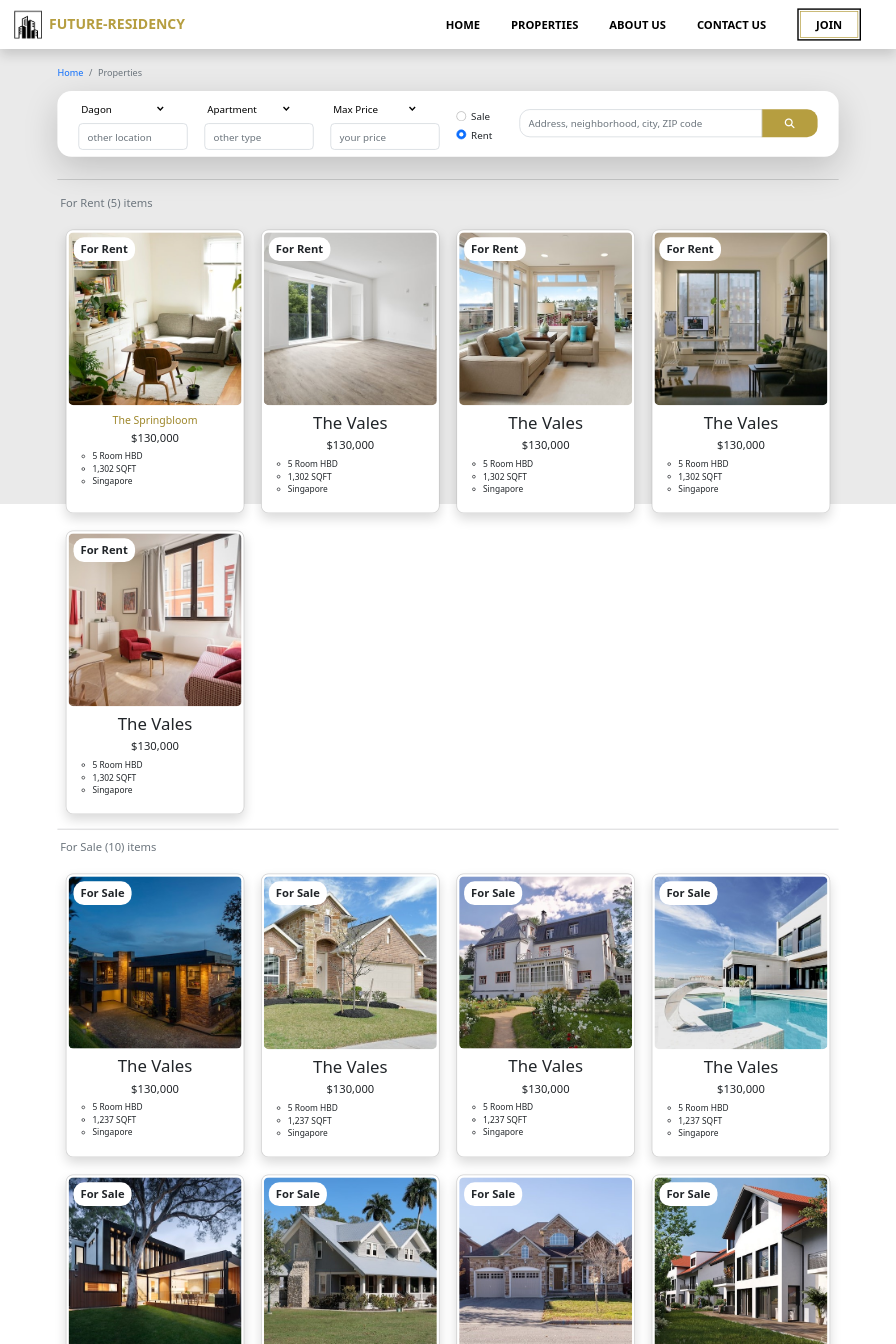
Repository: pyaestk/Future-residency
Page: properties.html
These files come from the project's save history. The page is drawn as it stood at one moment and after the next save; the edit follows.
The browser window is 1280 px wide. The pictures show the part of the page from y = 0 to 1920 px (the page is 3007 px tall), at 70% of full size.

Above is the page before, as saved 2022-12-15 18:01:48.

After the next save:
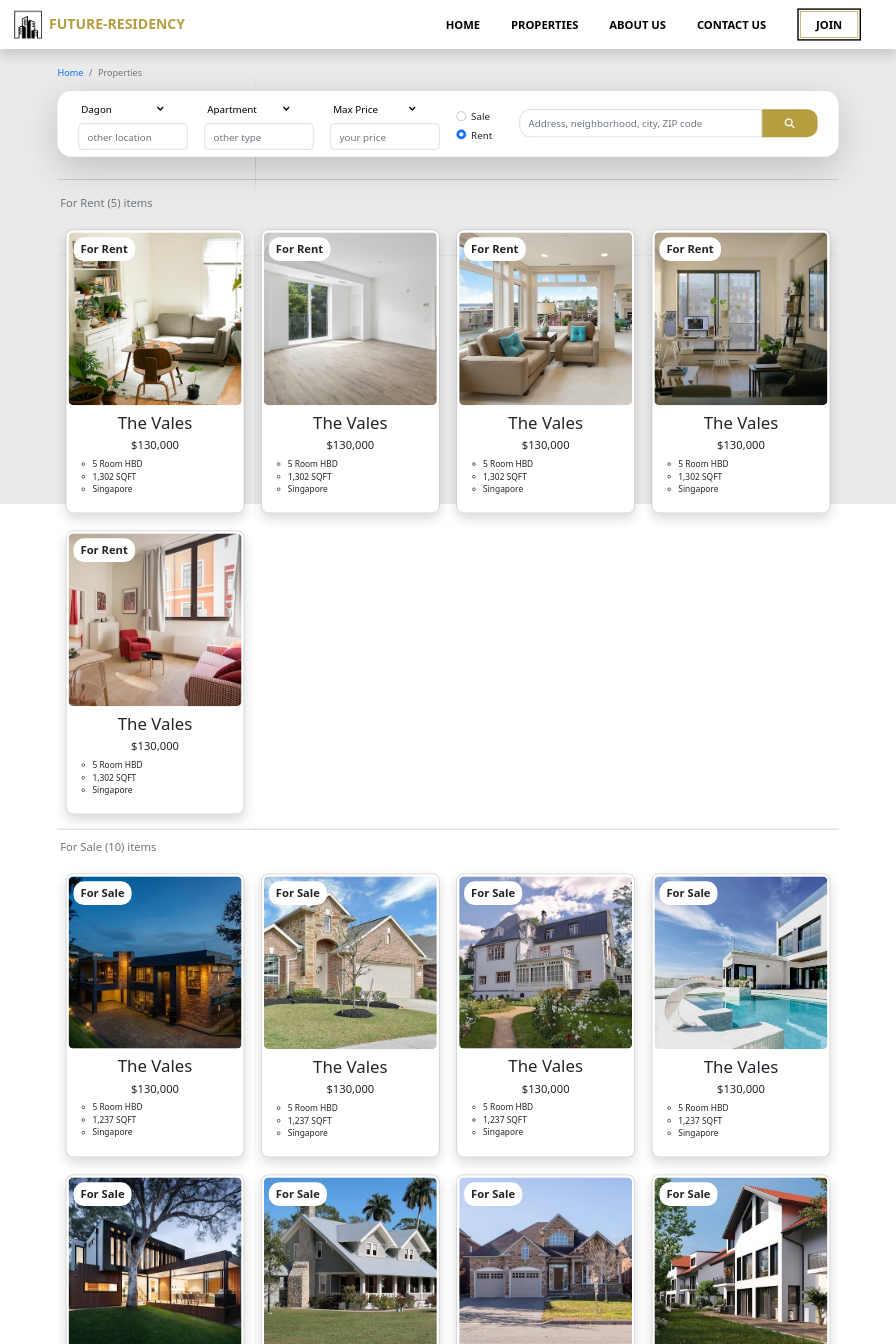
Saved 29 s later.
--- a/properties.html
+++ b/properties.html
@@ -155,7 +155,7 @@
               <div class="salecard-body">
                 <div class="row">
                   <div class="col-md-12 text-center">
-                    <h5>The Springbloom</h5>
+                    <h4>The Vales</h4>
                     <h6>$130,000</h6>
                   </div>
                   <div class="col-md-12">
